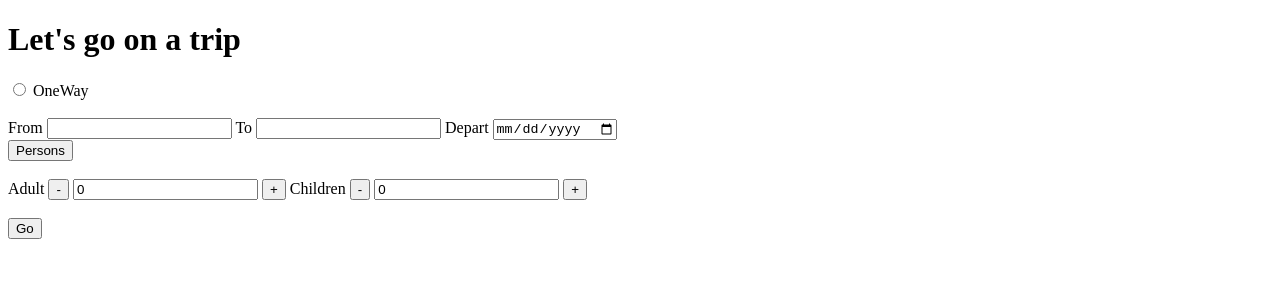
Repository: Shivani2392/FlyAwayProject
Page: http://localhost/FlightBookingPortal/OldHomePage.jsp
These files come from the project's save history. The page is drawn as it stood at one moment and after the next save; the edit follows.
The browser window is 1280 px wide. The pictures show the whole page.
The page is served by Tomcat 9. Other server files are loaded and not shown.

Above is the page before, as saved 2020-11-22 23:10:56.
Not found: FlightBookingPortal/FlightBookingPortal/Script.js

### FlightBookingPortal/src/main/webapp/OldHomePage.jsp
<%@ page language="java" contentType="text/html; charset=ISO-8859-1"
    pageEncoding="ISO-8859-1"%>
<!DOCTYPE html>
<html>
<head>
<meta charset="ISO-8859-1">
<link rel="stylesheet">
<title>FlyAway</title>
</head>
<body>
<h1>Let's go on a trip</h1>


<form action="HomePageServlet" method="post">



<input type="radio" id="onewaytrip" name="tripwayoneortwo" value="onewaytrip">
<label for="roundtrip">OneWay</label><br><br>
<label for="Source">From</label>
<input type="text" name="From">
<label for="Destination">To</label>
<input type="text" name="To">

<label for="Dateofjourney">Depart</label>
<input type="date" name="TravelDate" id="datepicker">


<label for="Numberofpeopletobetravelled"></label>

 <div class="dropdown">

    <button class="dropbtn">Persons
      <i class="fa fa-caret-down"></i>
    </button><br><br>
    <div class="dropdown-content">
       <label for="Adultnumber">Adult</label>
       <button id="substract">-</button>
       <input type="number" value="0" name="Adult">
       <button id="add">+</button>

       <label for="Adultnumber">Children</label>
       <button id="substract">-</button>
       <input type="number" value="0" name="Child">
       <button id="add">+</button><br><br>
    </div>
    <script src="Script.js"></script>
  </div>

  <div id="submit">
    <input type="submit" name="Gotoserver" value="Go">
  </div>

</form>


</body>
</html>

After the next save:
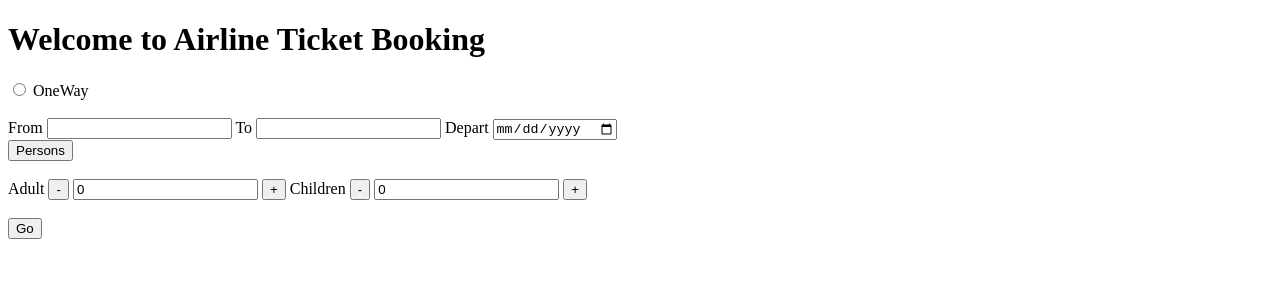
Saved 15 h 5 min later.
--- a/FlightBookingPortal/src/main/webapp/OldHomePage.jsp
+++ b/FlightBookingPortal/src/main/webapp/OldHomePage.jsp
@@ -8,7 +8,7 @@
 <title>FlyAway</title>
 </head>
 <body>
-<h1>Let's go on a trip</h1>
+<h1>Welcome to Airline Ticket Booking</h1>
 
 
 <form action="HomePageServlet" method="post">
